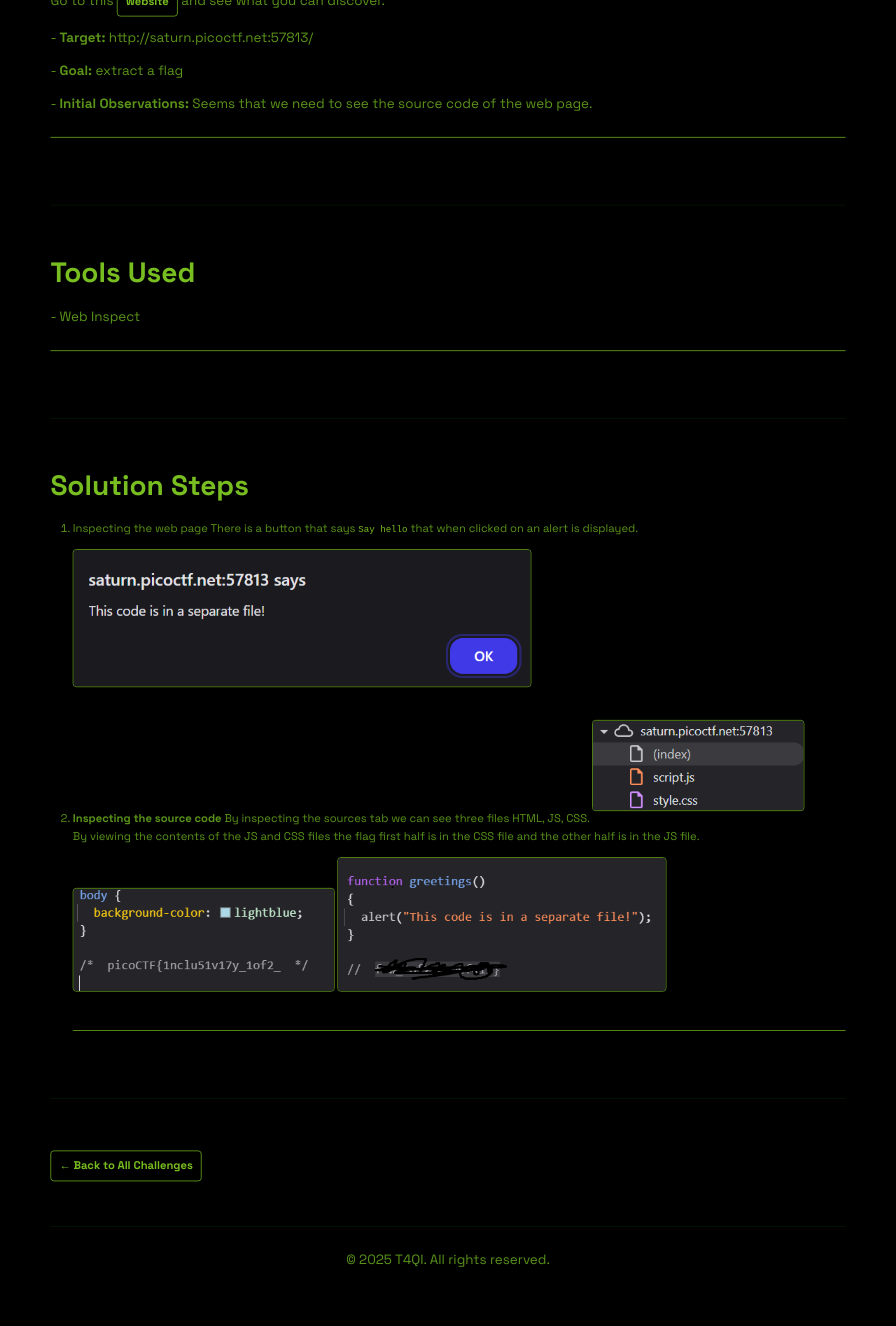
Repository: mohamedsoliman-tq/Website
Page: blogs/picoCTF/Includes.html
The author's editor kept a copy of each file at every save. The page is drawn from the files as they stood at one save, then again after a run of saves.
The browser window is 1280 px wide. The pictures show the part of the page from y = 862 to 2782 px (the page is 2756 px tall before and 2782 px after), at 70% of full size.

Above is the page before, as saved 2025-03-14 03:01:58.

After the next 2 saves:
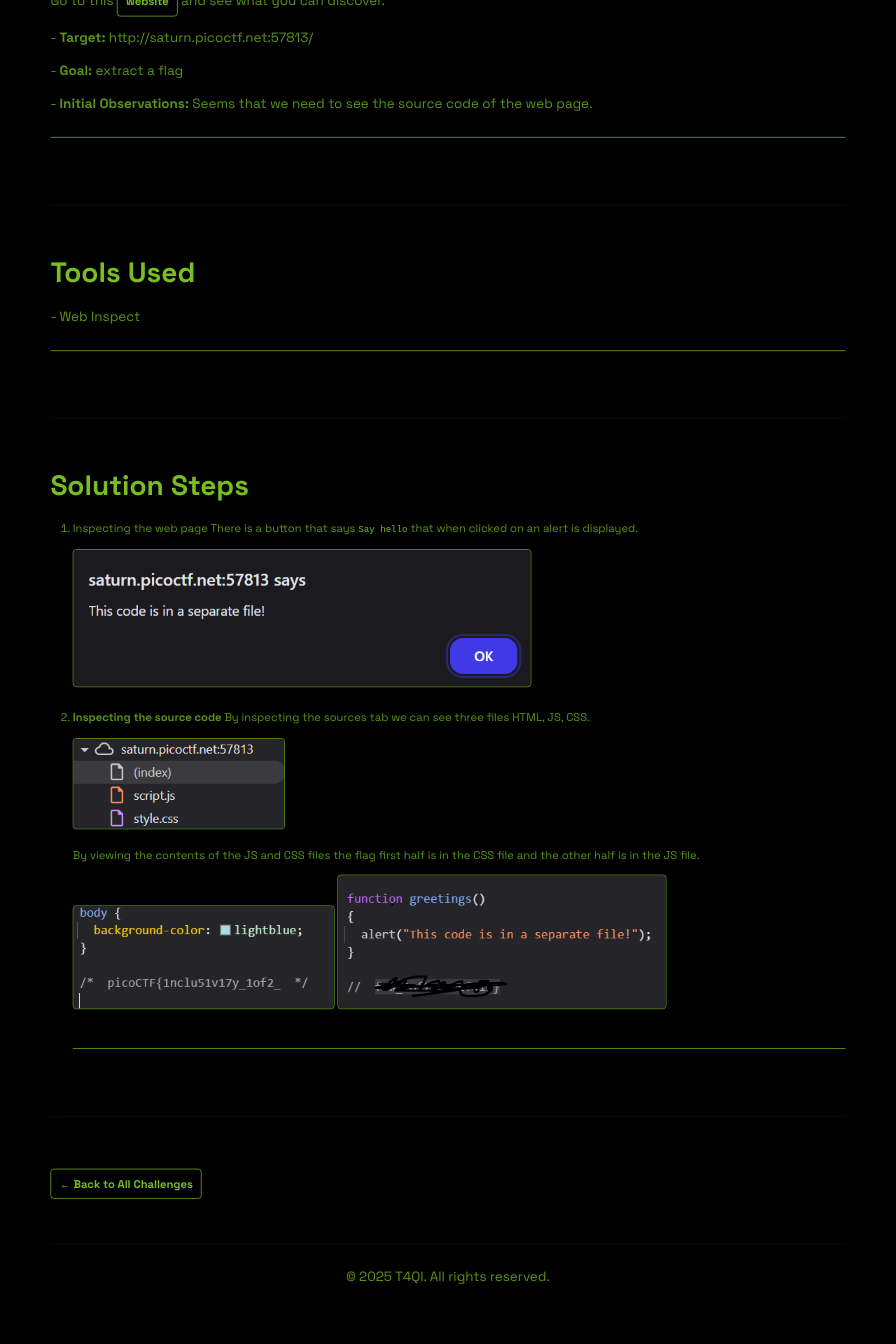
The 2 saves are shown as one change because they came seconds apart.
The last was saved 5 s later.
--- a/blogs/picoCTF/Includes.html
+++ b/blogs/picoCTF/Includes.html
@@ -45,7 +45,7 @@
 
 <ol>
   <li><em></em>Inspecting the web page   There is a button that says <code>Say hello</code> that when clicked on an alert is displayed. <br><img src="pics/Pasted image 20250313074410.png" alt="Pasted image 20250313074410.png"><br> </li>
-  <li><strong>Inspecting the source code</strong>   By inspecting the sources tab we can see three files HTML, JS, CSS. <img src="pics/Pasted image 20250313074624.png" alt="Pasted image 20250313074624.png"><br> By viewing the contents of the JS and CSS files the flag first half is in the CSS file and the other half is in the JS file. <img src="pics/Pasted image 20250313074841.png" alt="Pasted image 20250313074841.png"> <img src="pics/Pasted image 20250313074918.png" alt="Pasted image 20250313074918.png"> <hr> </li>
+  <li><strong>Inspecting the source code</strong>   By inspecting the sources tab we can see three files HTML, JS, CSS. <br><img src="pics/Pasted image 20250313074624.png" alt="Pasted image 20250313074624.png"><br> By viewing the contents of the JS and CSS files the flag first half is in the CSS file and the other half is in the JS file. <img src="pics/Pasted image 20250313074841.png" alt="Pasted image 20250313074841.png"> <img src="pics/Pasted image 20250313074918.png" alt="Pasted image 20250313074918.png"> <hr> </li>
 </ol></div>
 <div class="section">
             <a href="/blogs/picoCTF/picoCTF.html" class="read-more">← Back to All Challenges</a>
